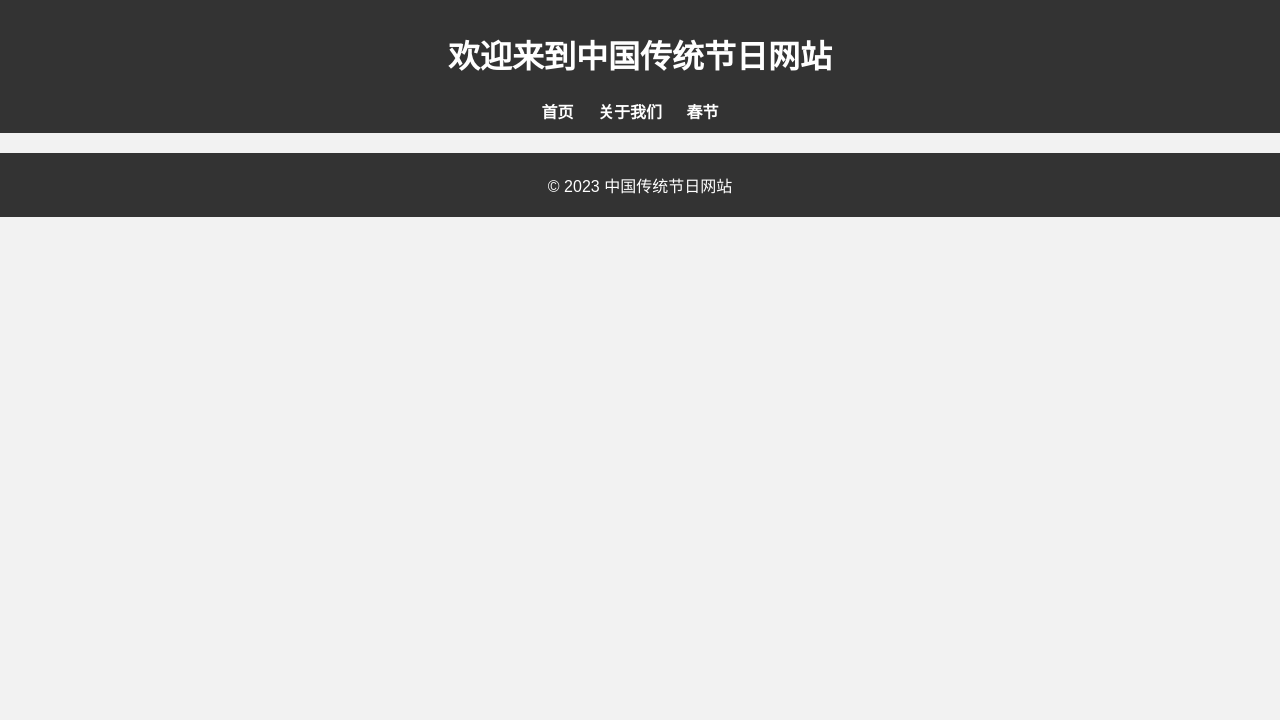
Repository: XueJie1/computer-operation-basics
Page: pages/springfestival.html
An editor plug-in stored every save of this project. The page is shown before and after the next save, followed by the edit.
The browser window is 1280 px wide. The pictures show the whole page.

Above is the page before, as saved 2023-08-30 14:44:26.

After the next save:
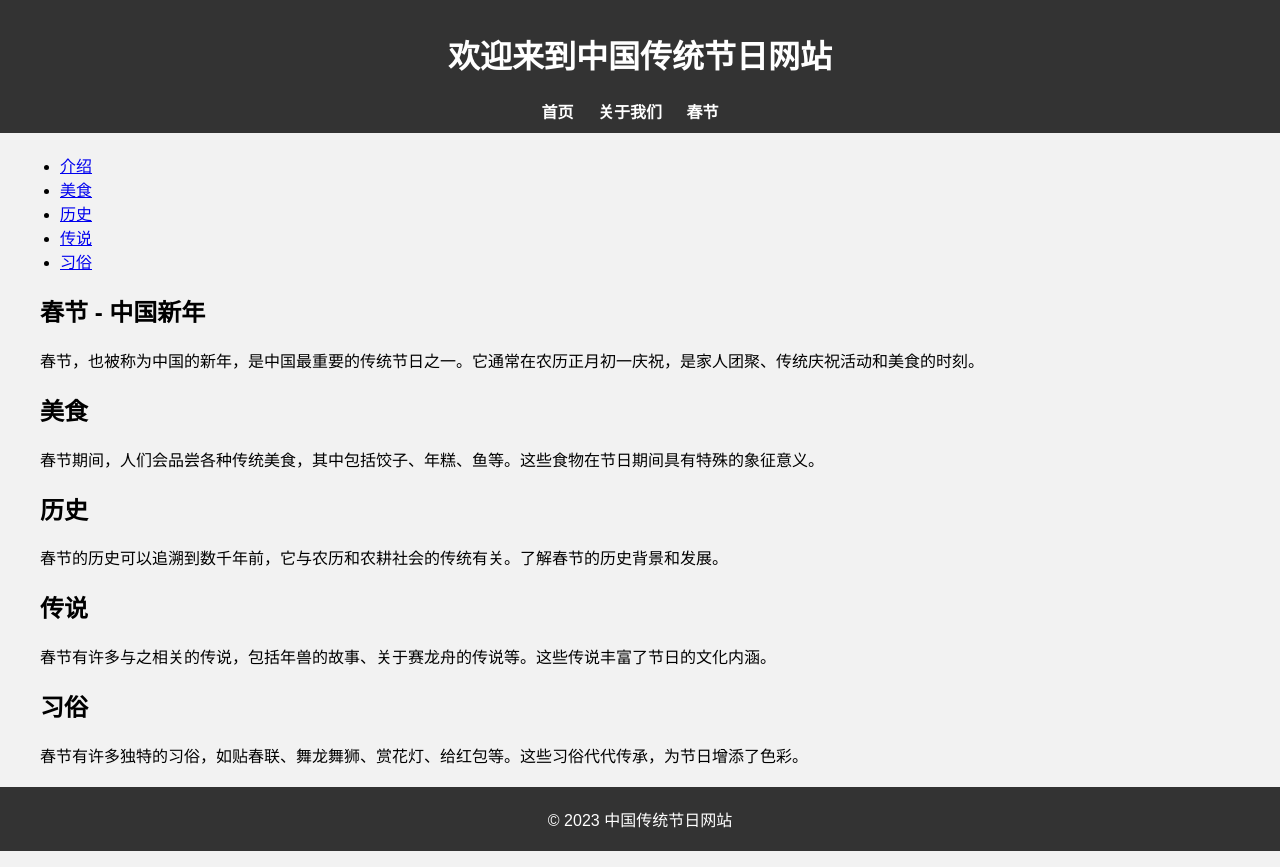
Saved 4 min 7 s later.
--- a/pages/springfestival.html
+++ b/pages/springfestival.html
@@ -12,7 +12,50 @@
 <body>
     <div id="header"></div>
     <main>
+        <div class="container">
+            <div class="sidebar">
+                <!-- 侧边栏 -->
+                <ul>
+                    <li><a href="#introduction">介绍</a></li>
+                    <li><a href="#cuisine">美食</a></li>
+                    <li><a href="#history">历史</a></li>
+                    <li><a href="#legend">传说</a></li>
+                    <li><a href="#customs">习俗</a></li>
+                </ul>
+            </div>
 
+            <main>
+                <!-- 介绍 -->
+                <section id="introduction">
+                    <h1>春节 - 中国新年</h1>
+                    <p>春节，也被称为中国的新年，是中国最重要的传统节日之一。它通常在农历正月初一庆祝，是家人团聚、传统庆祝活动和美食的时刻。</p>
+                </section>
+
+                <!-- 美食 -->
+                <section id="cuisine">
+                    <h2>美食</h2>
+                    <p>春节期间，人们会品尝各种传统美食，其中包括饺子、年糕、鱼等。这些食物在节日期间具有特殊的象征意义。</p>
+                </section>
+
+                <!-- 历史 -->
+                <section id="history">
+                    <h2>历史</h2>
+                    <p>春节的历史可以追溯到数千年前，它与农历和农耕社会的传统有关。了解春节的历史背景和发展。</p>
+                </section>
+
+                <!-- 传说 -->
+                <section id="legend">
+                    <h2>传说</h2>
+                    <p>春节有许多与之相关的传说，包括年兽的故事、关于赛龙舟的传说等。这些传说丰富了节日的文化内涵。</p>
+                </section>
+
+                <!-- 习俗 -->
+                <section id="customs">
+                    <h2>习俗</h2>
+                    <p>春节有许多独特的习俗，如贴春联、舞龙舞狮、赏花灯、给红包等。这些习俗代代传承，为节日增添了色彩。</p>
+                </section>
+            </main>
+        </div>
     </main>
     <div id="footer"></div>
 
